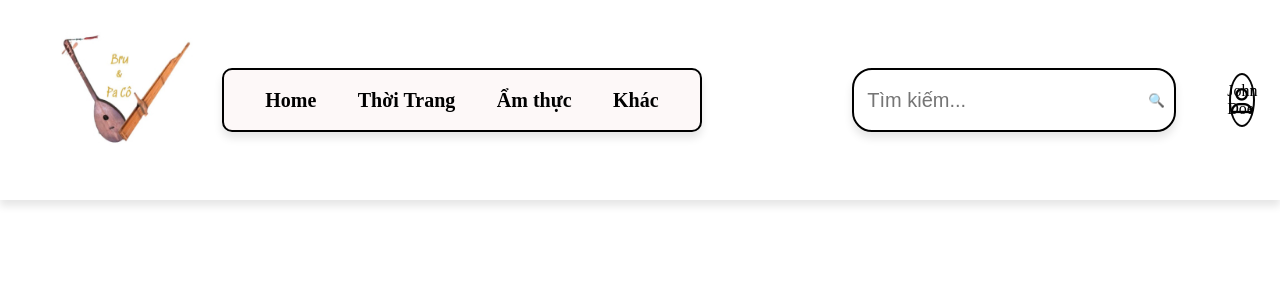
Repository: DangVai/LocalProduct
Page: Views/frontend/header.html
The author's editor kept a copy of each file at every save. The page is drawn from the files as they stood at one save, then again after a run of saves.
The browser window is 1280 px wide. The pictures show the whole page.

Above is the page before, as saved 2024-12-20 16:55:41.

After the next 2 saves:
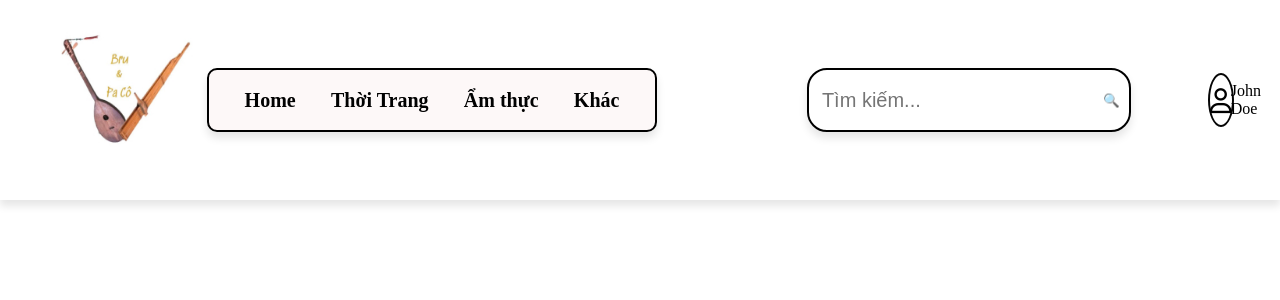
The 2 saves are shown as one change because they came seconds apart.
The last was saved 20 s later.
--- a/Views/frontend/header.html
+++ b/Views/frontend/header.html
@@ -94,7 +94,7 @@
         }
 
         .account {
-            width: 4%;
+            width: 100px;
             display: flex;
             align-items: center;
             justify-content: center;
